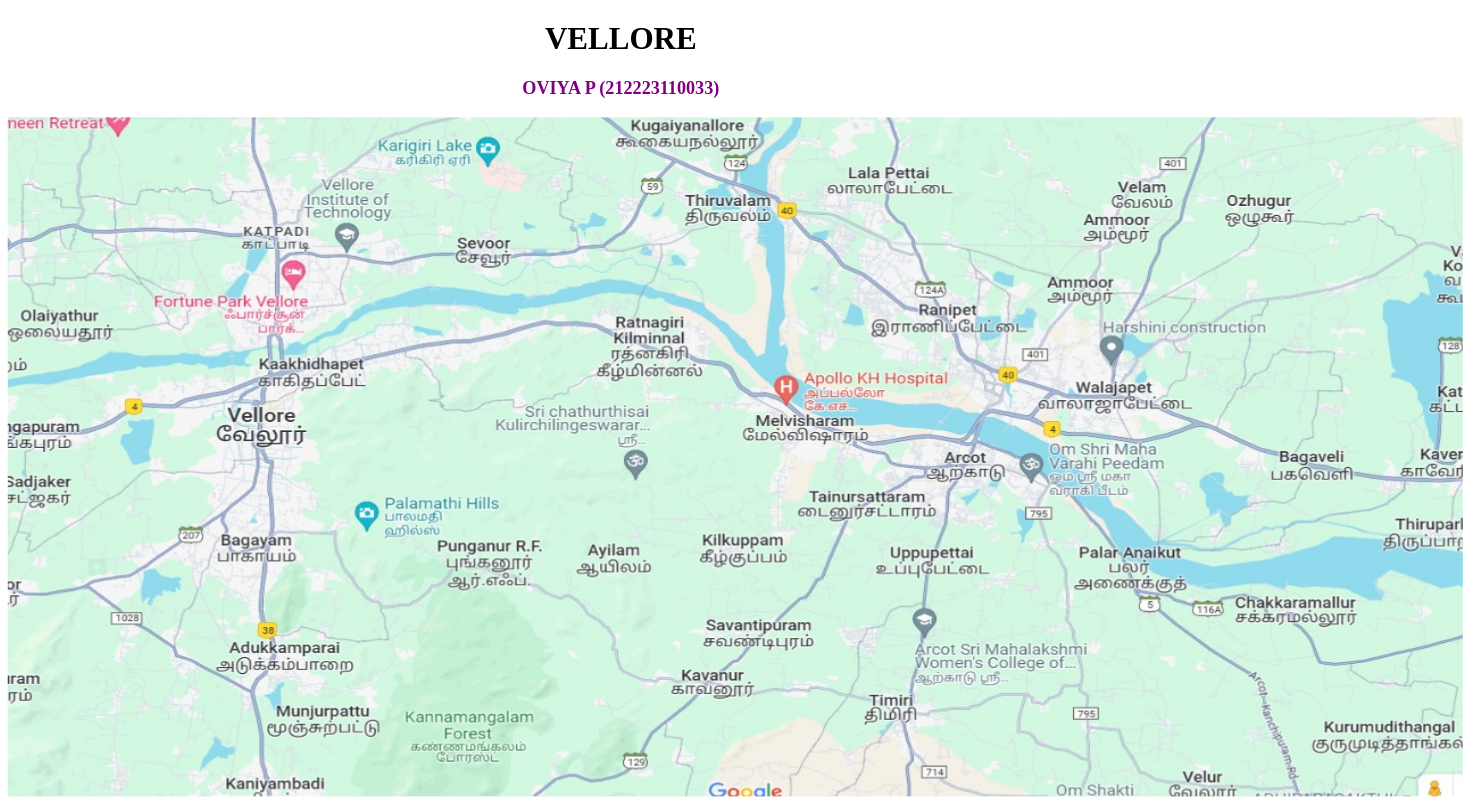
Repository: Oviya24032K6/NearMe
Page: ovi/surveyapp/static/map.html
These files come from the project's save history. The page is drawn as it stood at one moment and after the next save; the edit follows.
The browser window is 1280 px wide. The page is 1508 px wide, so the pictures cover 1508 px, including what lies to the right of the window. The pictures show the whole page, at 97% of full size.

Above is the page before, as saved 2024-03-25 22:17:10.

### ovi/surveyapp/static/map.html
<!DOCTYPE html>
<html lang="en">
    <head>
        <title> NATIVE PLACE</title>
    </head>
</html>
<body>
    <h1 align="center">
        <font color="black"><b>VELLORE</b></font>
    </h1>
    <h3 align="center">
        <font color="purple"><b> OVIYA P (212223110033)</b></font>
    </h3>
    <!-- Image Map Generated by c:\Users\poviy\Music\map1.jpg-->
    <img src="destination.jpg" height="700" width="1500" usemap="#image-map">
    <map name="image-map">
        <area target="_blank" alt="VIT UNIVERSITY" title="VIT UNIVERSITY" href="VIT UNIVERSITY.html" coords="1204,937,950,805" shape="rect">
        <area target="_blank" alt="VELLORE FORT" title="VELLORE FORT" href="VELLORE FORT.html" coords="1637,383,1364,255" shape="rect">
        <area target="_blank" alt="GOLDEN TEMPLE" title="GOLDEN TEMPLE" href="GOLDEEN TEMP.html" coords="938,683,111" shape="circle">
        <area target="_blank" alt="NTTF VELLORE" title="NTTF VELLORE" href="NTTF VELLORE.html" coords="141,839,289,833,291,931,149,921" shape="poly">
        <area target="_blank" alt="PALAMATHI HILLS" title="PALAMATHI HILLS" href="PALAMATHI HILLS.html" coords="1024,92,128" shape="circle">
    </map>
    <html>

After the next save:
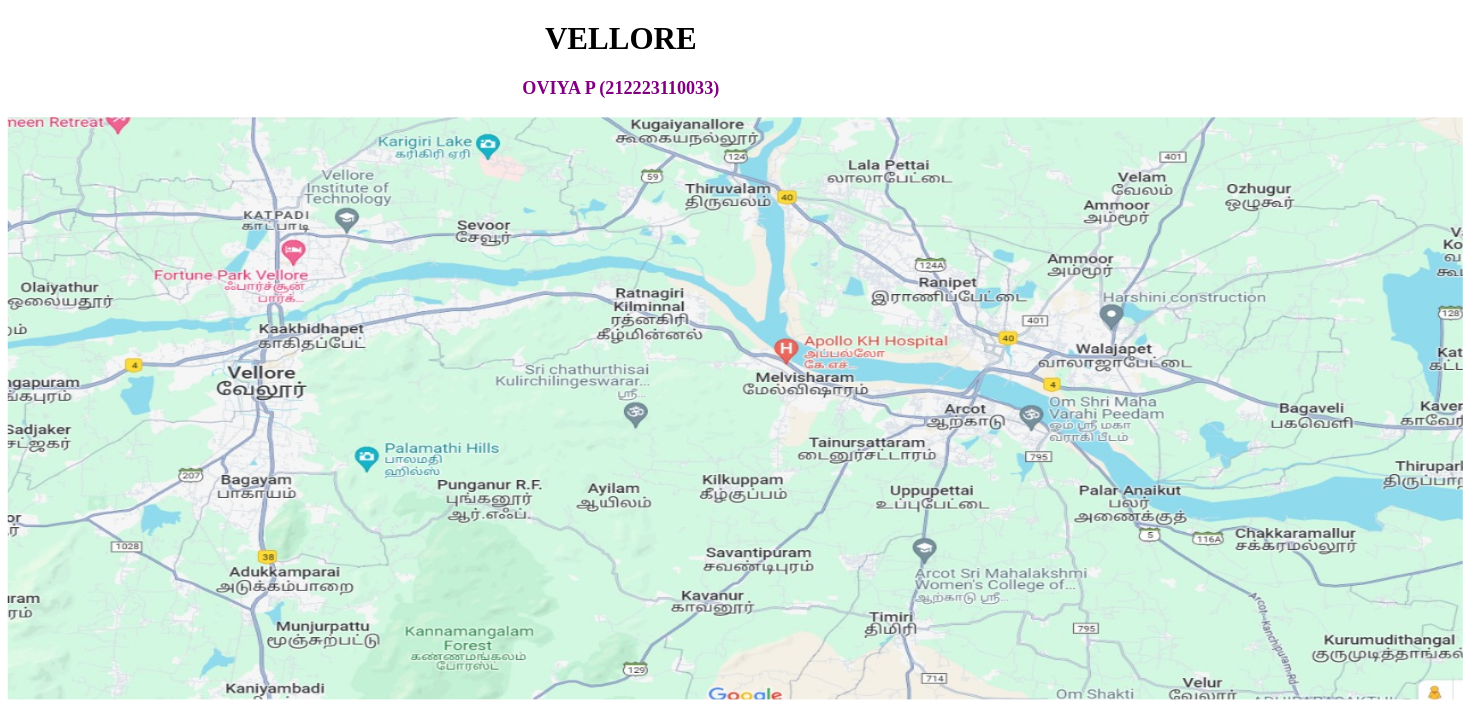
Saved 6 s later.
--- a/ovi/surveyapp/static/map.html
+++ b/ovi/surveyapp/static/map.html
@@ -12,7 +12,7 @@
         <font color="purple"><b> OVIYA P (212223110033)</b></font>
     </h3>
     <!-- Image Map Generated by c:\Users\poviy\Music\map1.jpg-->
-    <img src="destination.jpg" height="700" width="1500" usemap="#image-map">
+    <img src="destination.jpg" height="600" width="1500" usemap="#image-map">
     <map name="image-map">
         <area target="_blank" alt="VIT UNIVERSITY" title="VIT UNIVERSITY" href="VIT UNIVERSITY.html" coords="1204,937,950,805" shape="rect">
         <area target="_blank" alt="VELLORE FORT" title="VELLORE FORT" href="VELLORE FORT.html" coords="1637,383,1364,255" shape="rect">
